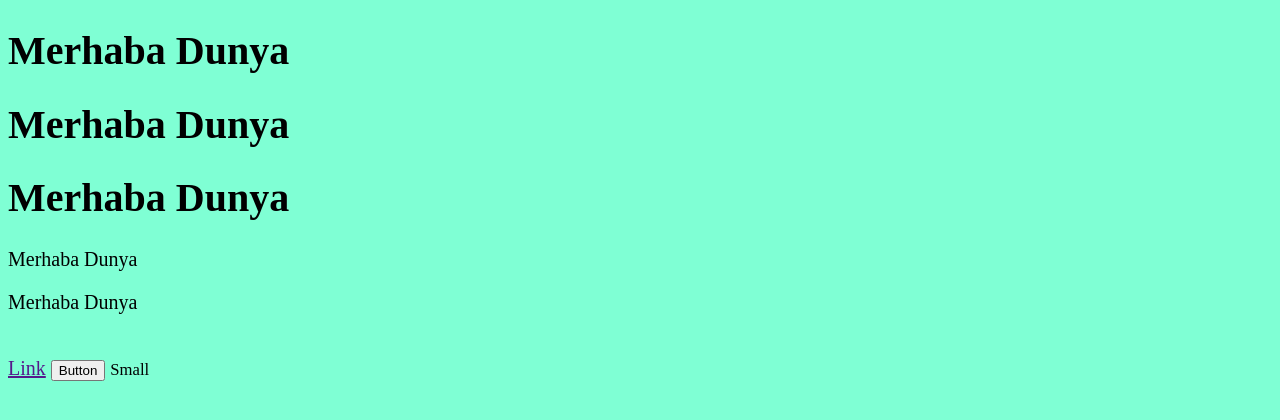
Repository: Kubraaygun/Html_Css_Login
Page: index.html
An editor plug-in stored every save of this project. The page is shown before and after the next save, followed by the edit.
The browser window is 1280 px wide. The pictures show the whole page.

Above is the page before, as saved 2025-03-04 17:34:01.

After the next save:
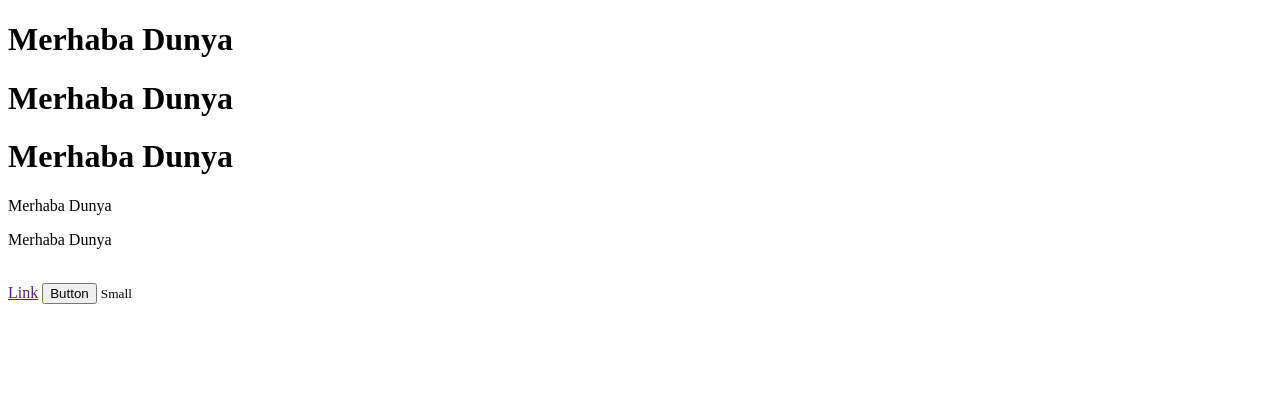
Saved 30 s later.
--- a/index.html
+++ b/index.html
@@ -4,22 +4,7 @@
     <meta charset="UTF-8" />
     <meta name="viewport" content="width=device-width, initial-scale=1.0" />
     <title>HTML</title>
-
-    <style>
-      body {
-        font-size: 20px;
-        background-color: aquamarine;
-      }
-      .h1:hover {
-        background-color: purple;
-      }
-      #h1:hover {
-        color: purple;
-      }
-      .link:hover {
-        text-decoration: none;
-      }
-    </style>
+    <link rel="stylesheet" href="style.css" />
   </head>
 
   <body>
